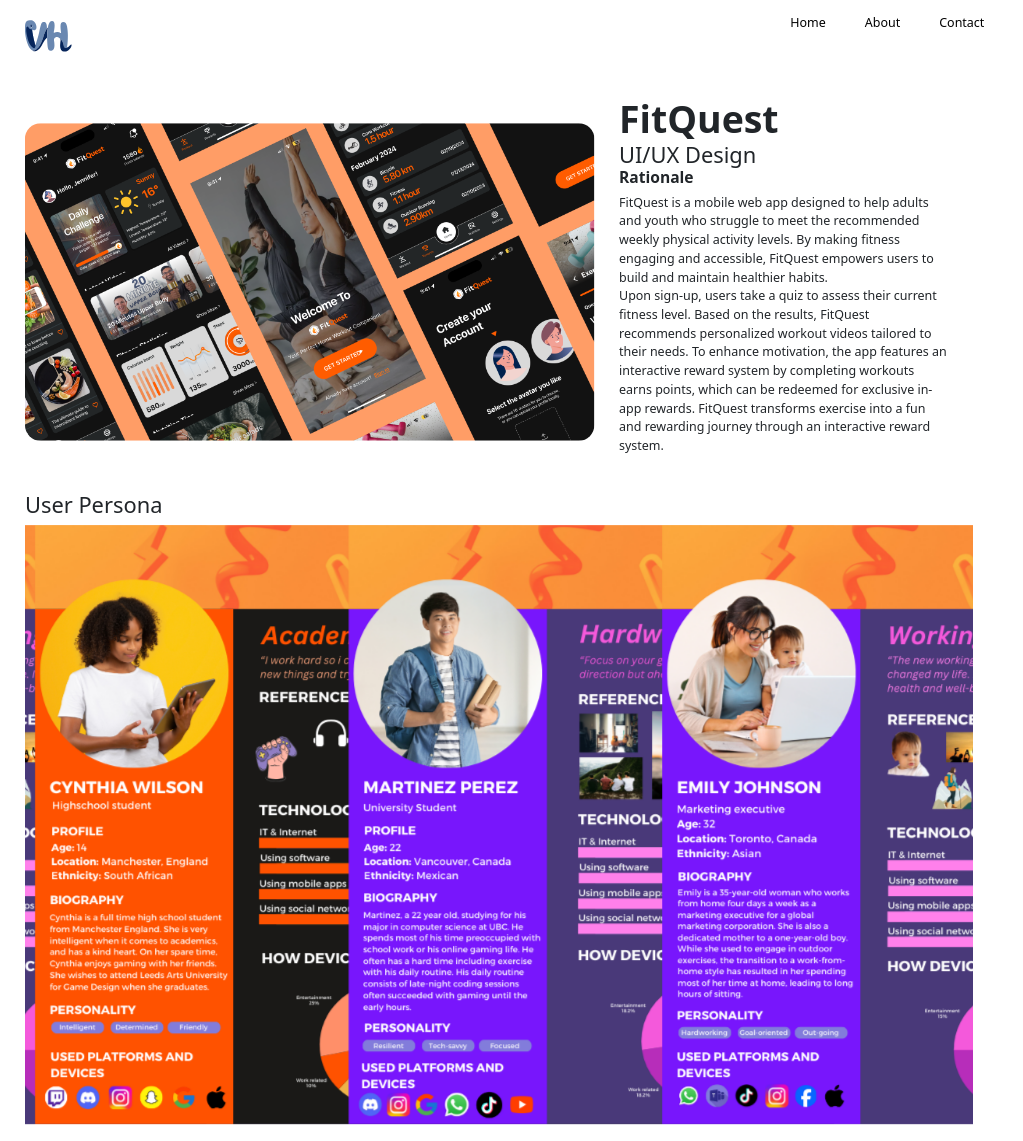
Repository: Vanessahyc/vanessa-portfolio
Page: /fitquest
The author's editor kept a copy of each file at every save. The page is drawn from the files as they stood at one save, then again after the next save.
The browser window is 1280 px wide. The page is 1312 px wide, so the pictures cover 1312 px, including what lies to the right of the window. The pictures show the whole page, at 78% of full size.
The project was rebuilt for these pictures with package versions that can differ from the ones it lists, and the page was loaded fresh each time. The framework's server and built-in components were replaced by stand-ins that run in the browser. Also part of the build but not shown: next.config.mjs.

Above is the page before, as saved 2025-02-07 17:40:02.

### src/app/layout.js
import { Geist, Geist_Mono } from "next/font/google";
import "./globals.css";
import 'bootstrap/dist/css/bootstrap.min.css'

const geistSans = Geist({
  variable: "--font-geist-sans",
  subsets: ["latin"],
});

const geistMono = Geist_Mono({
  variable: "--font-geist-mono",
  subsets: ["latin"],
});

export const metadata = {
  title: "Create Next App",
  description: "Generated by create next app",
};

export default function RootLayout({ children }) {
  return (
    <html lang="en">
      <body
        className={`${geistSans.variable} ${geistMono.variable} antialiased`}
      >
        {children}
      </body>
    </html>
  );
}

### src/app/fitquest/page.js
"use client";
import Header from "../../../components/Header";
import styles from "@/app/fitquest/Fitquest.module.css";
import Image from "next/image";
import dynamic from "next/dynamic";
import "slick-carousel/slick/slick.css";
import "slick-carousel/slick/slick-theme.css";
import { useState } from "react";

export default function Fitquest() {
    const Slider = dynamic(() => import('react-slick'), {ssr: false});
    const settings = {dots: true, infinite: true, speed: 500, slidesToShow: 3, slidesToScroll: 1, autoplay: false, autoplaySpeed: 3000, centerMode: true, centerPadding: '5px'};
    const images = ['/images/2.png', '/images/3.png', '/images/4.png']


    return(
        <>
            <Header/>
            <main className={styles.mainContainer}>
                <section className={`${styles.projectSection}`}>
                    <Image
                        src='/images/fitquest.png'
                        alt="Guava Can Design"
                        className={`${styles.mockup}`}
                        width={500}
                        height={400}
                    />
                    <div className={styles.projectInfo}>
                        <h2>FitQuest</h2>
                        <h3>UI/UX Design</h3>
                        <h4>Rationale</h4>
                        <p>
                        FitQuest is a mobile web app designed to help adults and youth who struggle to meet the recommended weekly physical activity levels. By making fitness engaging and accessible, FitQuest empowers users to build and maintain healthier habits.<br/>Upon sign-up, users take a quiz to assess their current fitness level. Based on the results, FitQuest recommends personalized workout videos tailored to their needs. To enhance motivation, the app features an interactive reward system by completing workouts earns points, which can be redeemed for exclusive in-app rewards. FitQuest transforms exercise into a fun and rewarding journey through an interactive reward system.
                        </p>
                    </div>
                </section>
                <section className={styles.personaContainer}>
                    <h3>User Persona</h3>
                    <div className='w-full overflow-hidden'>
                        <Slider {...settings}>
                            {images.map((src, index)=> (
                                <div key={index} className="cursor-pointer px-2">
                                    <img src={src} alt={`slide ${index+1}`} className="w-full h-auto"></img>
                                </div>
                            ))}
                        </Slider>
                        {/* <Image
                            src='/images/2.png'
                            alt="youth persona"
                            className={`${styles.persona}`}
                            width={500}
                            height={400}
                        />
                        <Image
                            src='/images/3.png'
                            alt="young adult persona"
                            className={`${styles.persona}`}
                            width={500}
                            height={400}
                        />
                        <Image
                            src='/images/4.png'
                            alt='working mom persona'
                            className={`${styles.persona}`}
                            width={500}
                            height={400}
                        /> */}
                    </div>
                </section>
            </main>
        </>
    );
}

### src/app/globals.css
:root {
  --background: #ffffff;
  --foreground: #171717;
  --font48px: 48px;
  --font32px: 32px;
  --font28px: 28px;
  --font20px: 20px;
  --font18px: 18px;
  --font16px: 16px;
  --font-bold: 700;
  --font-medium: 500;
  --font-regular: 400;

}

body {
  font-family: Montserrat, sans-serif;
}

### components/Header/index.js
import Image from "next/image";
import Link from 'next/link';
import styles from './Header.module.css'

export default function Header() {
  return (
    <nav className={`${styles.navbar}`}>
      <Image src='/images/Logo.svg' alt="Vanessa Huang Logo" width={60} height={60}/>
      <ul>
        <li><Link href="/">Home</Link></li>
        <li><Link href="/about">About</Link></li>
        <li><Link href="/contact">Contact</Link></li>
      </ul>
    </nav>
  );
}

### src/app/fitquest/Fitquest.module.css
.mainContainer {
    margin: 1em 2em;
}

.projectSection {
    display: flex;
    align-items: center;
}

.projectSection img {
    width: 60%;
    height: 100%;
    border-radius: 20px;
}

.projectInfo {
    width: 40%;
    padding: 2em;
}

.projectInfo h2 {
    font-size: var(--font48px);
    font-weight: var(--font-bold);
    margin: 0;
}

.projectInfo h3 {
    font-size: var(--font28px);
    font-weight: var(--font-regular);
    margin: 0;
}

.projectInfo h4 {
    font-size: var(--font20px);
    font-weight: var(--font-bold);
}

.projectInfo p {
    font-size: var(--font16px);
    font-weight: var(--font-regular);
}

.persona {
    border-radius: 20px;
}

### components/Header/Header.module.css
.navbar {
    display: flex;
    justify-content: space-between;
    width: 100%;
    margin: 1em 2em;
}

.navbar ul {
    width: 30%;
    list-style: none;
    display: flex;
    justify-content: flex-end;
}

.navbar li {
    padding-right: 50px;
}

.navbar a {
    text-decoration: none;
    color: black;
    font-weight: var(--font-medium);
}

After the next save:
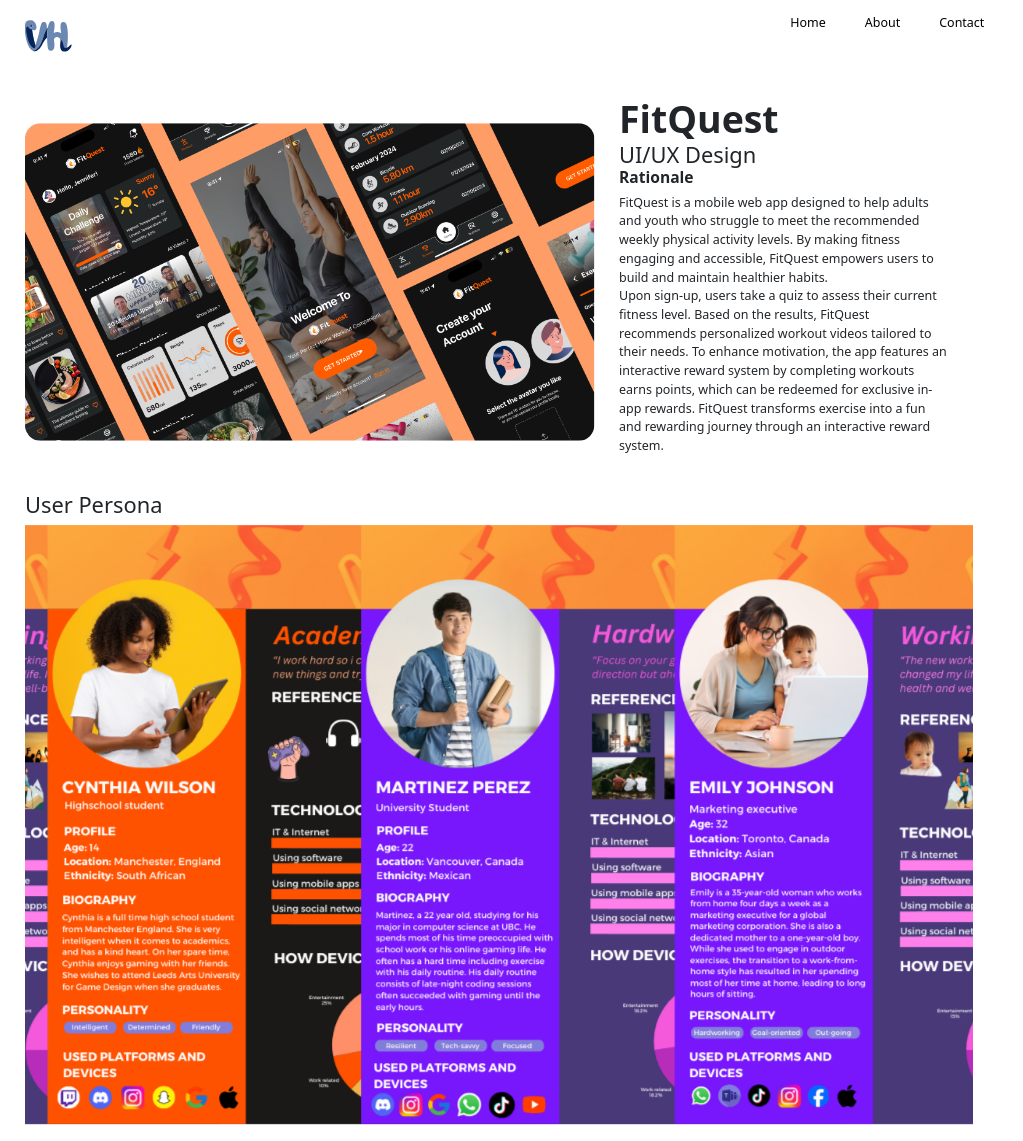
Saved 2 min 0 s later.
--- a/src/app/fitquest/page.js
+++ b/src/app/fitquest/page.js
@@ -39,7 +39,7 @@
                     <div className='w-full overflow-hidden'>
                         <Slider {...settings}>
                             {images.map((src, index)=> (
-                                <div key={index} className="cursor-pointer px-2">
+                                <div key={index} className="cursor-pointer px-4">
                                     <img src={src} alt={`slide ${index+1}`} className="w-full h-auto"></img>
                                 </div>
                             ))}
